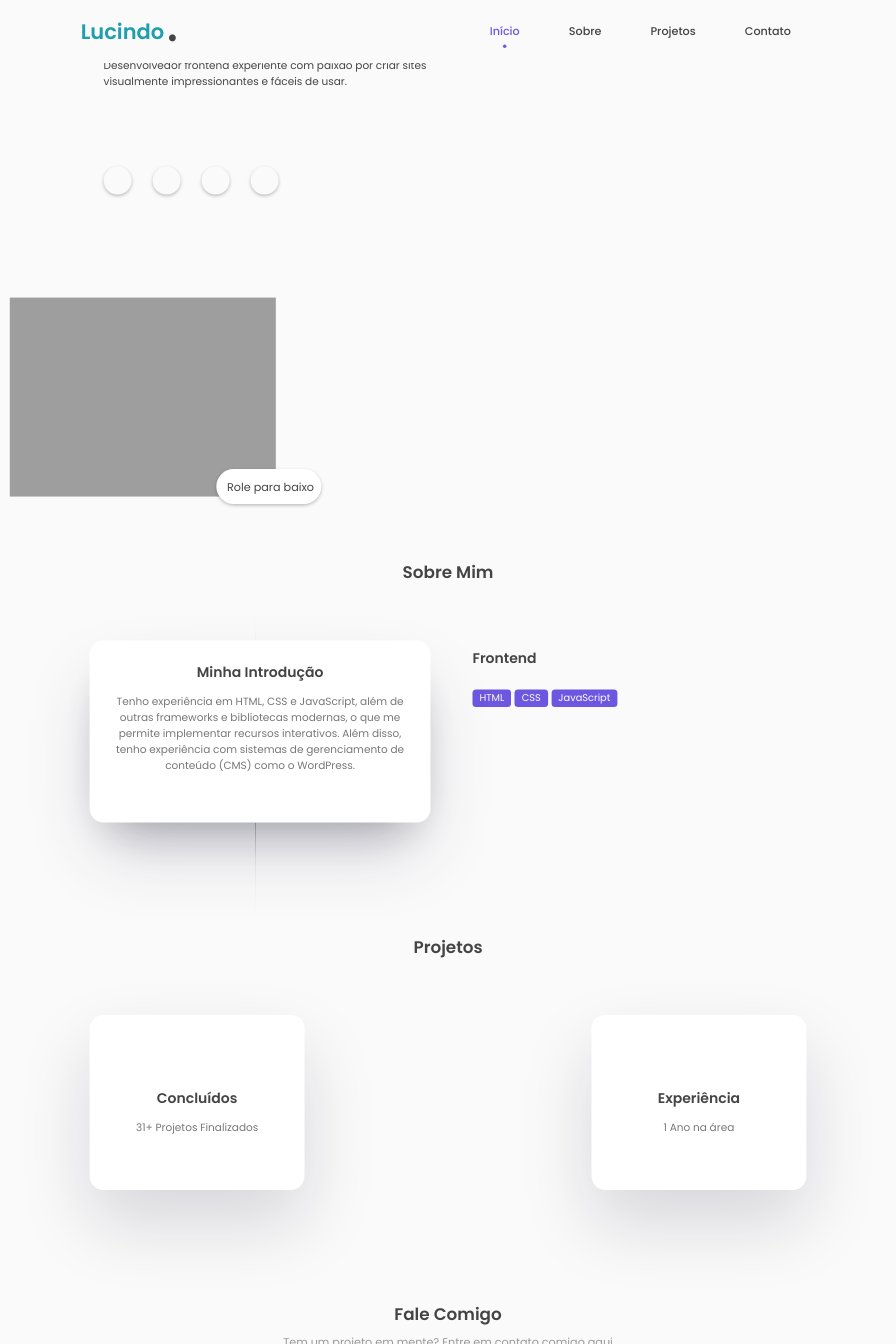
Repository: Matheus904-12/PrePortf
Page: index.html
The author's editor kept a copy of each file at every save. The page is drawn from the files as they stood at one save, then again after a run of saves.
The browser window is 1280 px wide. The pictures show the part of the page from y = 0 to 1920 px (the page is 2729 px tall), at 70% of full size.
Pictures or frames that could not be fetched are drawn as grey boxes. Some icons come from a web library that is not loaded, so they are not drawn.

Above is the page before, as saved 2023-09-29 11:18:41.

After the next 2 saves:
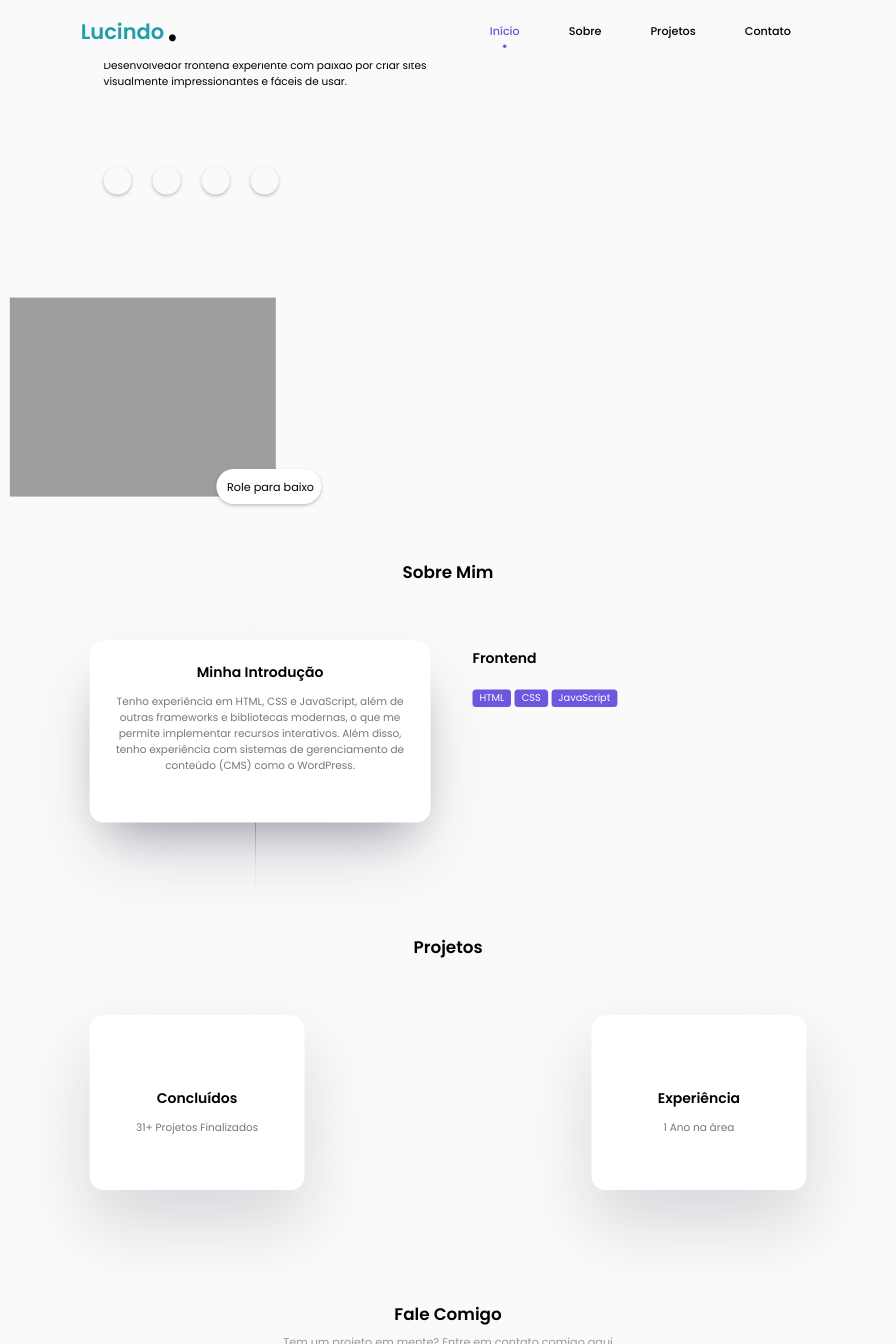
The 2 saves are shown as one change because they came seconds apart.
The last was saved 23 s later.
--- a/style.css
+++ b/style.css
@@ -6,7 +6,7 @@
     --body-color: #fafafa;
     --color-white: #ffffff;
 
-    --text-color-second: rgb(68, 68, 68);
+    --text-color-second: #000000;
     --text-color-third: rgb(30, 159, 171);
 
     --first-color: rgb(110, 87, 224);
